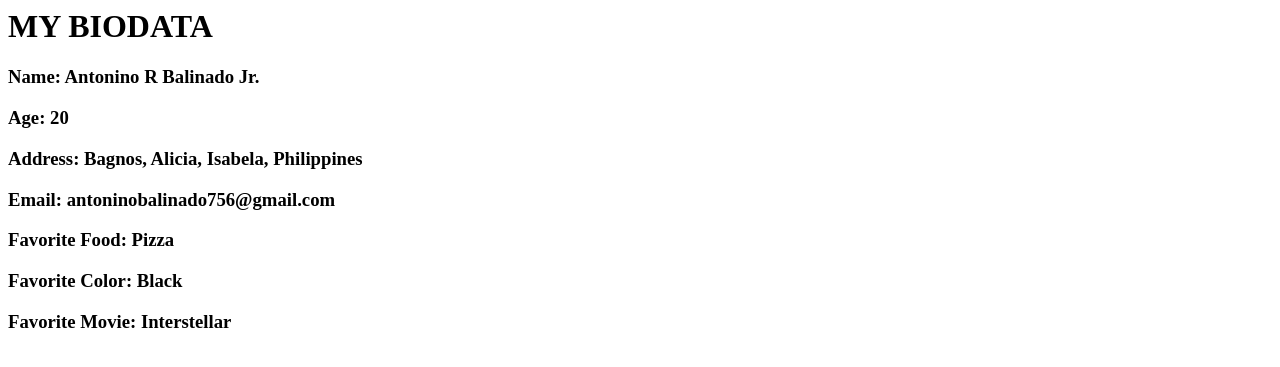
Repository: nino-pixel/github-uploading
Page: biodata.html
These files come from the project's save history. The page is drawn as it stood at one moment and after the next save; the edit follows.
The browser window is 1280 px wide. The pictures show the whole page.

Above is the page before, as saved 2025-02-05 15:25:37.

### biodata.html
<html lang="en">
<head>
    <meta charset="UTF-8">
    <meta name="viewport" content="width=device-width, initial-scale=1.0">
    <title>My Biodata</title>
</head>
<body>
    <h1>MY BIODATA</h1>
    <div class="biodata">

    <h3>Name: Antonino R Balinado Jr.</h3>
    <h3>Age: 20</h3>
    <h3>Address: Bagnos, Alicia, Isabela, Philippines</h3>
    <h3>Email: antoninobalinado756@gmail.com</h3>
    <h3>Favorite Food: Pizza</h3>
    <h3>Favorite Color: Black</h3>
    <h3>Favorite Movie: Interstellar</h3>
</div>
</body>


</html>

After the next save:
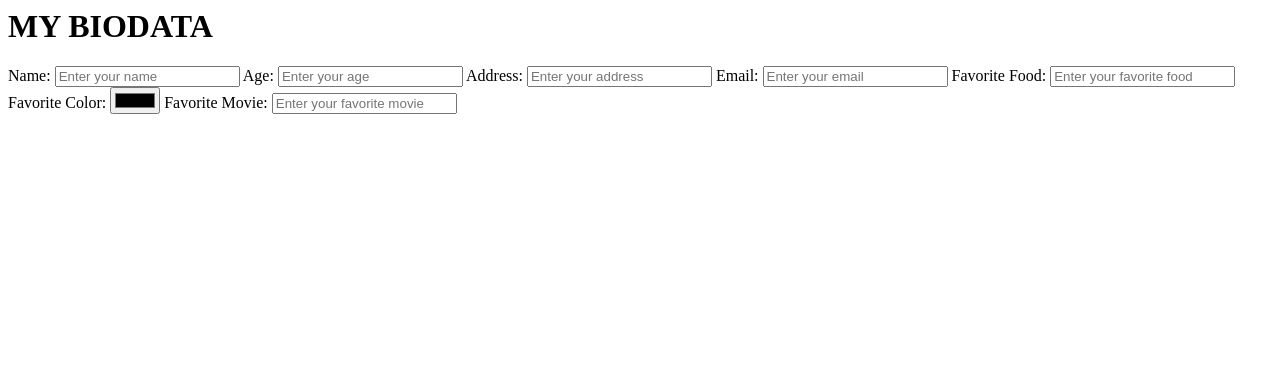
Saved 84 s later.
--- a/biodata.html
+++ b/biodata.html
@@ -7,15 +7,22 @@
 <body>
     <h1>MY BIODATA</h1>
     <div class="biodata">
+        <label for="name">Name:</label>
+        <input type="text" id="name" placeholder="Enter your name">
+        <label for="age">Age:</label>
+        <input type="number" id="age" placeholder="Enter your age">
+        <label for="address">Address:</label>
+        <input type="text" id="address" placeholder="Enter your address">
+        <label for="email">Email:</label>
+        <input type="email" id="email" placeholder="Enter your email">
+        <label for="food">Favorite Food:</label>
+        <input type="text" id="food" placeholder="Enter your favorite food">
+        <label for="color">Favorite Color:</label>
+        <input type="color" id="color" placeholder="Enter your favorite color">
+        <label for="movie">Favorite Movie:</label>
+        <input type="text" id="movie" placeholder="Enter your favorite movie">
+    </div>
 
-    <h3>Name: Antonino R Balinado Jr.</h3>
-    <h3>Age: 20</h3>
-    <h3>Address: Bagnos, Alicia, Isabela, Philippines</h3>
-    <h3>Email: antoninobalinado756@gmail.com</h3>
-    <h3>Favorite Food: Pizza</h3>
-    <h3>Favorite Color: Black</h3>
-    <h3>Favorite Movie: Interstellar</h3>
-</div>
 </body>
 
 

After the save that followed:
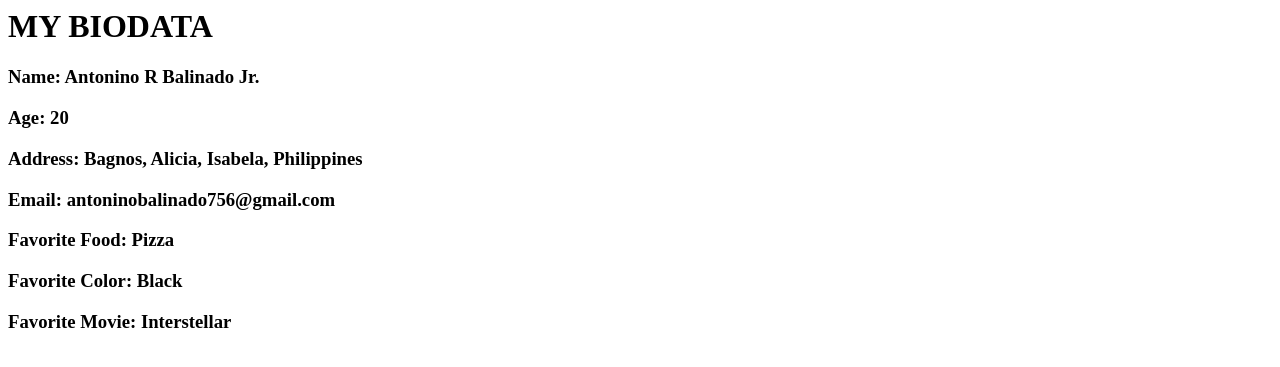
Saved 24 s later.
--- a/biodata.html
+++ b/biodata.html
@@ -7,22 +7,15 @@
 <body>
     <h1>MY BIODATA</h1>
     <div class="biodata">
-        <label for="name">Name:</label>
-        <input type="text" id="name" placeholder="Enter your name">
-        <label for="age">Age:</label>
-        <input type="number" id="age" placeholder="Enter your age">
-        <label for="address">Address:</label>
-        <input type="text" id="address" placeholder="Enter your address">
-        <label for="email">Email:</label>
-        <input type="email" id="email" placeholder="Enter your email">
-        <label for="food">Favorite Food:</label>
-        <input type="text" id="food" placeholder="Enter your favorite food">
-        <label for="color">Favorite Color:</label>
-        <input type="color" id="color" placeholder="Enter your favorite color">
-        <label for="movie">Favorite Movie:</label>
-        <input type="text" id="movie" placeholder="Enter your favorite movie">
-    </div>
 
+    <h3>Name: Antonino R Balinado Jr.</h3>
+    <h3>Age: 20</h3>
+    <h3>Address: Bagnos, Alicia, Isabela, Philippines</h3>
+    <h3>Email: antoninobalinado756@gmail.com</h3>
+    <h3>Favorite Food: Pizza</h3>
+    <h3>Favorite Color: Black</h3>
+    <h3>Favorite Movie: Interstellar</h3>
+</div>
 </body>
 
 
